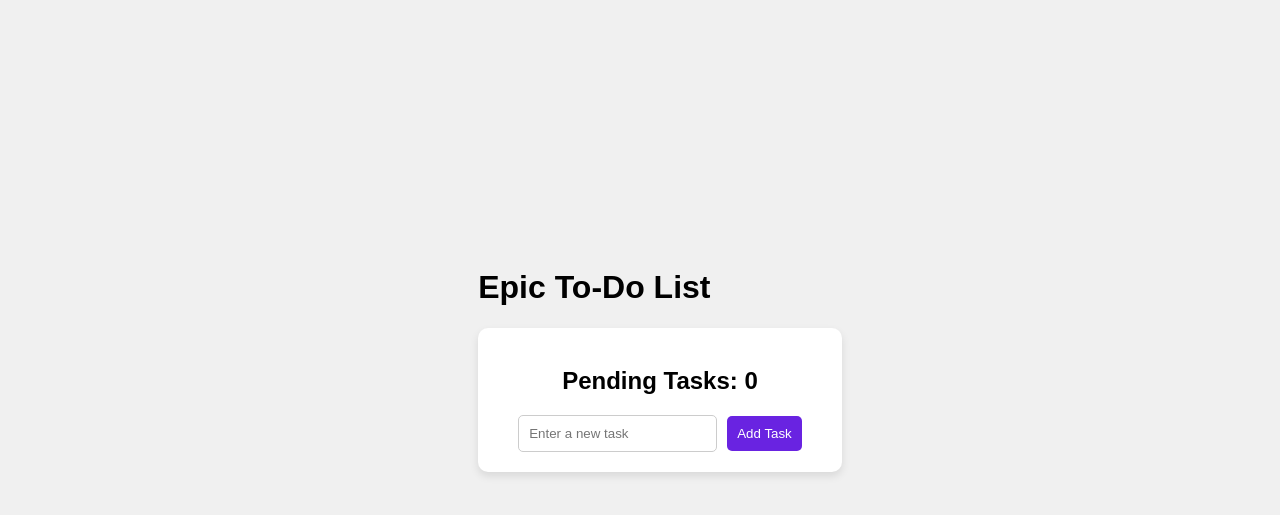
Repository: jgache/COMP-3170-0-Lab4
Page: /
The author's editor kept a copy of each file at every save. The page is drawn from the files as they stood at one save, then again after a run of saves.
The browser window is 1280 px wide. The pictures show the whole page.
The project was rebuilt for these pictures with package versions that can differ from the ones it lists, and the page was loaded fresh each time. Also part of the build but not shown: vite.config.js, src/components/Task.jsx.

Above is the page before, as saved 2024-10-22 16:00:30.

### index.html
<!doctype html>
<html lang="en">
  <head>
    <meta charset="UTF-8" />
    <link rel="icon" type="image/svg+xml" href="/vite.svg" />
    <meta name="viewport" content="width=device-width, initial-scale=1.0" />
    <title>Epic To-Do List</title>
  </head>
  <body>
    <div id="root"></div>
    <script type="module" src="/src/main.jsx"></script>
  </body>
</html>

### src/App.jsx
import { useState } from 'react';
import TaskForm from './components/TaskForm.jsx';
import TaskList from './components/TaskList.jsx';
import './index.css';

function App() {
    const [tasks, setTasks] = useState([]);

    const addTask = (description) => {
        const newTask = { id: Date.now(), description, completed: false };
        setTasks((prevTasks) => [...prevTasks, newTask]);
    };

    const toggleComplete = (taskId) => {
        setTasks((prevTasks) =>
            prevTasks.map((task) =>
                task.id === taskId ? { ...task, completed: !task.completed } : task
            )
        );
    };

    const deleteTask = (taskId) => {
        setTasks((prevTasks) => prevTasks.filter((task) => task.id !== taskId));
    };

    const pendingTasks = tasks.filter((task) => !task.completed).length;

    return (

        <>
        <h1>Epic To-Do List</h1>
        <div className="app-container">
            <h2>
                {pendingTasks === 1
                    ? `Pending Task: ${pendingTasks}`
                    : `Pending Tasks: ${pendingTasks}`}
            </h2>
            <TaskForm addTask={addTask} />
            <TaskList tasks={tasks} toggleComplete={toggleComplete} deleteTask={deleteTask} />
        </div>
        </>

    );
}

export default App;

### src/index.css



body {
    margin: 0;
    height: 100vh;
    display: flex;
    justify-content: center;
    align-items: center;
    font-family: Arial, sans-serif;
    background-color: #f0f0f0;
}

.app-container {
    text-align: center;
    padding: 20px;
    background-color: white;
    border-radius: 10px;
    box-shadow: 0 4px 8px rgba(0, 0, 0, 0.1);
    max-width: 400px;
    width: 100%;
}

form input {
    padding: 10px;
    margin-right: 10px;
    border: 1px solid #ccc;
    border-radius: 5px;
}

form button {
    padding: 10px;
    border: none;
    background-color: #6923e1;
    color: white;
    border-radius: 5px;
    cursor: pointer;
}

form button:hover {
    background-color: #8600b3;
}

.task {
    margin: 10px 0;
    padding: 10px;
    background-color: #f9f9f9;
    border-radius: 5px;
    display: flex;
    justify-content: space-between;
    align-items: center;
    box-shadow: 0 2px 4px rgba(0, 0, 0, 0.1);
}

.task input {
    margin-right: 10px;
}

.task button {
    text-decoration: none;
    padding: 5px 10px;
    border: none;
    background-color: red;
    color: white;
    border-radius: 5px;
    cursor: pointer;
}

.task button:hover {
    background-color: darkred;
}

### src/components/TaskForm.jsx
import { useState } from 'react';


function TaskForm({ addTask }) {
    const [taskDescription, setTaskDescription] = useState('');

    const handleSubmit = (e) => {
        e.preventDefault();
        if (taskDescription.trim() === '') return;
        addTask(taskDescription);
        setTaskDescription('');
    };

    return (
        <form onSubmit={handleSubmit}>
            <input
                type="text"
                value={taskDescription}
                onChange={(e) => setTaskDescription(e.target.value)}
                placeholder="Enter a new task"
            />
            <button type="submit">Add Task</button>
        </form>
    );
}

export default TaskForm;

### src/components/TaskList.jsx
import Task from "./Task";

function TaskList({ tasks, toggleComplete, deleteTask }) {
    return (
        <div className="task-list">
            {tasks.map((task) => (
                <Task
                    key={task.id}
                    task={task}
                    toggleComplete={toggleComplete}
                    deleteTask={deleteTask}
                />
            ))}
        </div>
    );
}

export default TaskList;

Loaded but not shown: src/main.jsx (common file)

After the next 2 saves:
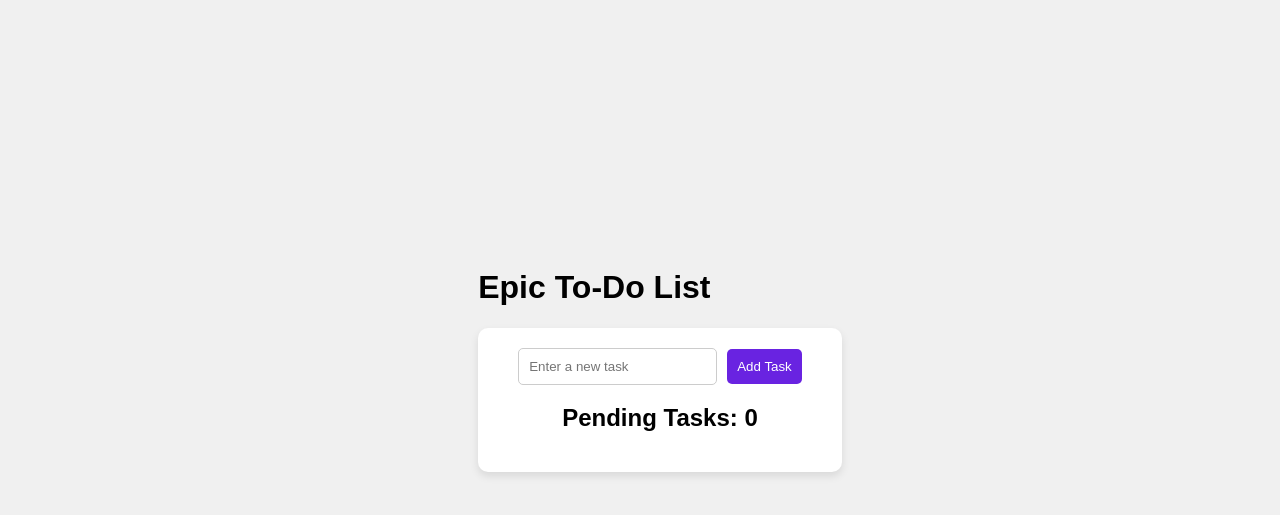
The 2 saves are shown as one change because they came seconds apart.
The last was saved 7 s later.
--- a/src/App.jsx
+++ b/src/App.jsx
@@ -30,12 +30,13 @@ function App() {
         <>
         <h1>Epic To-Do List</h1>
         <div className="app-container">
+
+            <TaskForm addTask={addTask} />
             <h2>
                 {pendingTasks === 1
                     ? `Pending Task: ${pendingTasks}`
                     : `Pending Tasks: ${pendingTasks}`}
             </h2>
-            <TaskForm addTask={addTask} />
             <TaskList tasks={tasks} toggleComplete={toggleComplete} deleteTask={deleteTask} />
         </div>
         </>
